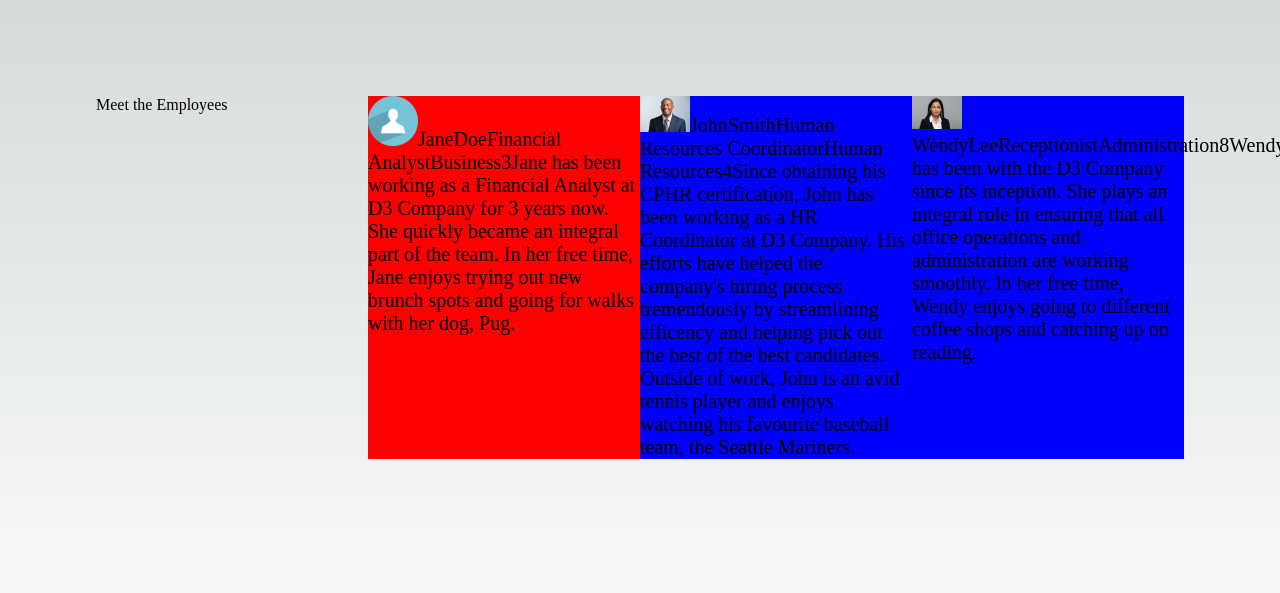
Repository: cheungglenda/MDIA2109-Week3
Page: /about
The author's editor kept a copy of each file at every save. The page is drawn from the files as they stood at one save, then again after the next save.
The browser window is 1280 px wide. The pictures show the whole page.
The project was rebuilt for these pictures with package versions that can differ from the ones it lists, and the page was loaded fresh each time. The framework's server and built-in components were replaced by stand-ins that run in the browser. Also part of the build but not shown: next.config.js.

Above is the page before, as saved 2023-01-19 21:56:42.

After the next save:
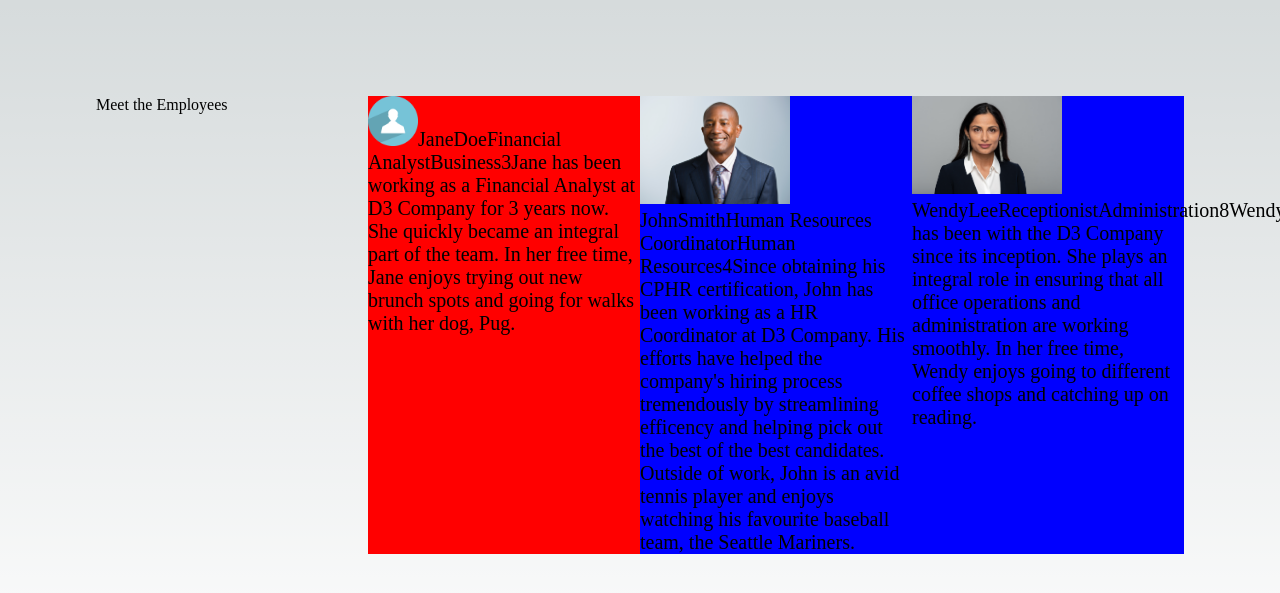
Saved 5 s later.
--- a/components/EmployeeCard/index.js
+++ b/components/EmployeeCard/index.js
@@ -13,8 +13,8 @@ export default function EmployeeCard({
         <div style={{backgroundColor: color, fontSize: font}}>
             {
                 firstname === "Jane" ? <img src={'icon/person.png'} width="50"/> :
-                firstname === "John" ? <img src={'headshots/photo1.jpeg'} width="50"/> :
-                firstname === "Wendy" ? <img src={'headshots/photo3.jpeg'} width="50"/> :
+                firstname === "John" ? <img src={'headshots/photo1.jpeg'} width="150"/> :
+                firstname === "Wendy" ? <img src={'headshots/photo3.jpeg'} width="150"/> :
                 <img src={image} width="50"/>
             }
             {firstname}
